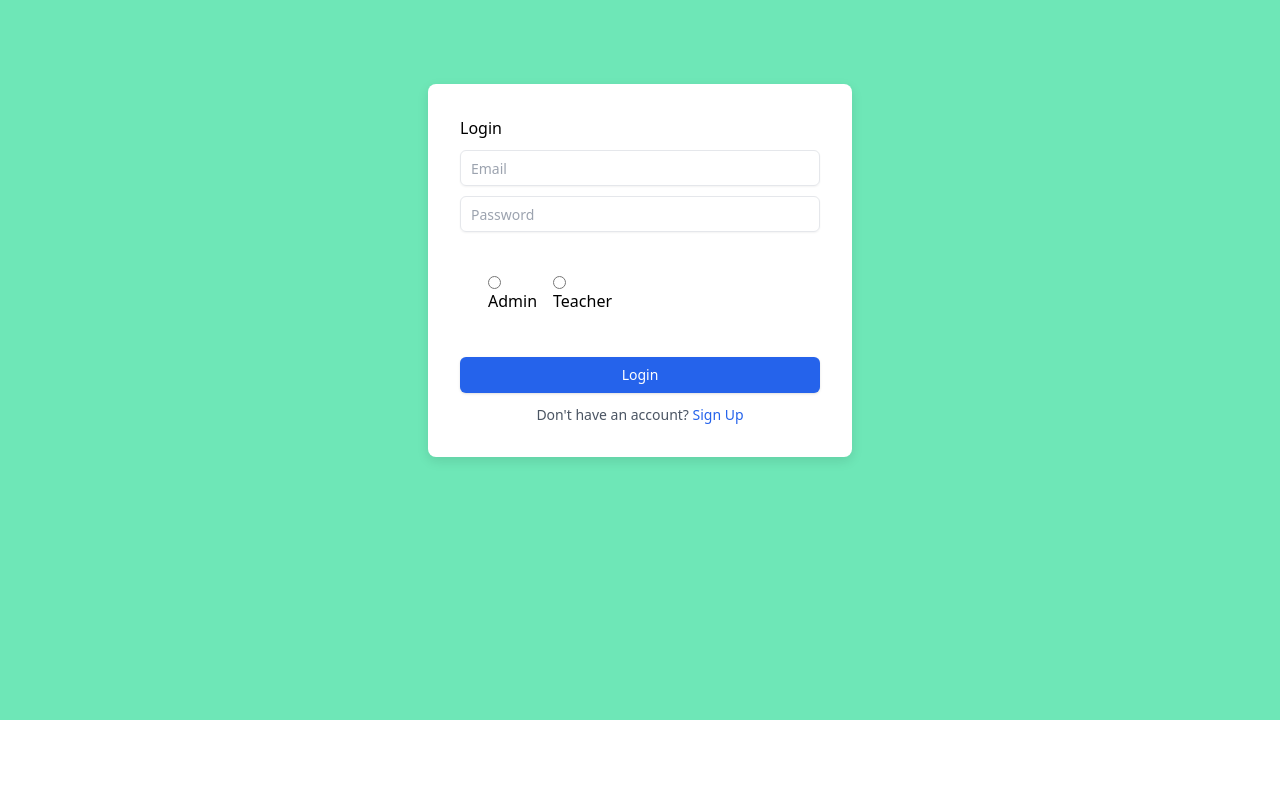
Repository: Haseeb467/Faculty-Online-data
Page: /
An editor plug-in stored every save of this project. The page is shown before and after the next save, followed by the edit.
The browser window is 1280 px wide. The pictures show the whole page.
The project was rebuilt for these pictures with package versions that can differ from the ones it lists, and the page was loaded fresh each time. Also part of the build but not shown: vite.config.ts, src/Components/Sidebar.tsx, src/Admin/EditTeacher/EditTeacher.tsx, src/Pages/mainPage/MainPageItems.tsx, src/Components/Loader.css, src/Components/Hourglass.tsx, src/Components/NavBar.tsx, src/Components/AdminLayout.tsx and 12 more.

Above is the page before, as saved 2024-12-29 15:07:50.

### index.html
<!-- <!doctype html> -->
<html lang="en">
  <head>
    <meta charset="UTF-8" />
    <link rel="icon" type="svg+xml" href="/vite.svg" />
    <meta name="viewport" content="width=device-width, initial-scale=1.0" />
    <title>Vite + React + TS</title>
  </head>
  <body>
    <div id="root"></div>
    <script type="module" src="/src/main.tsx"></script>
  </body>
</html>

### src/main.tsx
// import { StrictMode } from 'react'
// import { createRoot } from 'react-dom/client'
import React from 'react'
import ReactDOM from 'react-dom/client'
import './index.css'
import App from './App.tsx'
import { BrowserRouter } from 'react-router-dom';
// import { BrowserRouter } from 'react-router-dom';

ReactDOM.createRoot(document.getElementById('root')!).render(
  <React.StrictMode>
    <BrowserRouter>
    <App />
    </BrowserRouter>
  </React.StrictMode>
);

### src/index.css
/* src/styles/Home.css */
@tailwind base;
@tailwind components;
@tailwind utilities;
*{
  padding: 0;
  margin: 0;
  box-sizing: border-box;
}

.home-page {
  display: flex;
  flex-direction: column;
  align-items: center;
  justify-content: center;
  height: 100vh;
  background-color: #f7f7f7;
}

.login-form {
  background: white;
  padding: 2rem;
  border-radius: 8px;
  box-shadow: 0 4px 12px rgba(0, 0, 0, 0.1);
}

.login-form Input{
  display: flex;
  padding: 10px;
  }
  .login-form-data-1{
    margin: 10px 0px;
  }
  .login-form-data-2{
    margin: 10px 0px;
  }

.role-selection {
  margin: 1rem 0;
  display: flex;
  gap: 1rem;
  /* padding: 20px; */
}
body::-webkit-scrollbar {
  display: none;  /* Hide scrollbar for Webkit browsers */
}
chatgpt-sidebar{
  display: none;
  background-color: lightgray;
  border: 1px solid black;
  height: 100px;
}
chatgpt-sidebar-popups{
display: none;
  background-color: lightgray;
  border: 1px solid black;
  height: 100px;

}
#root, .bg-emerald-300.p-1 {
  height: 100vh;
}

### src/App.tsx
import './App.css'
import { ToastContainer } from "react-toastify";
import 'react-toastify/dist/ReactToastify.css';
import EditTeacher from './Admin/EditTeacher/EditTeacher';
import MainPageItems from './Pages/mainPage/MainPageItems';
import AdminLayout from './Components/AdminLayout';
import AddTeacher from './Admin/AddTeacher/AddTeacher';
import { Routes, Route, Navigate, } from 'react-router-dom';
import LoginForm from './Components/LoginForm';
import MainPage from './Pages/mainPage/MainPage';
import EditTeacherByAdmin from './Admin/EditTeacher';
import SideBar from './Components/Sidebar';
import NavBar from './Components/NavBar';
import ProtectedRoute from './Components/ProtectedRoute';
import AllTeacherDataPanelByAdmin from './Admin/AllTeacherDataByAdmin/AllTeacherDataPanelByAdmin';
import DeleteTeacherByAdmin from './Admin/DeleteTeacher';
import AuthProvider from './Contexts/AuthContext';
import UserReport from './Components/userDataReport';
import TeacherNavbar from './Pages/mainPage/TeacherNavbar';
import TeacherEdit from './Teacher/TeacherEdit';

function App() {
  return (
    <div className='bg-emerald-300  p-1' >
      <ToastContainer />
      <AuthProvider >
        <Routes>
          {/* Login page */}
          <Route path="/" element={<LoginForm />} />

          {/* Admin Page Routes */}
          <Route path="/admin" element={<ProtectedRoute requiredRole='admin'>
            <AdminLayout children={undefined} />
          </ProtectedRoute>
          }>
            <Route index element={<Navigate to="add-teacher" replace />} />
            <Route path="add-teacher" element={<AddTeacher />} />
            <Route path="EditTeacherByAdmin" element={<EditTeacherByAdmin />} />
            <Route path="DeleteTeacherByAdmin" element={<DeleteTeacherByAdmin />} />
            <Route path="AllTeacherDataPanelByAdmin" element={<AllTeacherDataPanelByAdmin />} />
            <Route path="userReport" element={<UserReport />} />
          </Route>

          {/* Teacher Page Routes */}
          <Route path="/teacher" element={<ProtectedRoute requiredRole='teacher'>
            <MainPage />
          </ProtectedRoute>
          }>
            <Route path="teacher1" element={<MainPage />} />
          <Route path="TeacherNavbar" element={<TeacherNavbar />} />
          </Route>

          <Route path="TeacherEdit/:email" element={<TeacherEdit />} />
          <Route path="/EditTeacher/:teacherId" element={<EditTeacher />} />
          <Route path="MainPageItems" element={<MainPageItems />} />
          <Route path="NavBar" element={<NavBar />} />
          <Route path="SideBar" element={<SideBar />} />

        </Routes>
      </AuthProvider>
    </ div >
  )
}

export default App

### src/App.css
*{
  padding: 0;
  margin: 0;
  box-sizing: border-box;
}
.scroll-container::-webkit-scrollbar {
  display: none;  /* Hide scrollbar for Webkit browsers */
}
#chatgpt-sidebar {
  display: none;
}

### src/Components/LoginForm.tsx
import { Button } from "./ui/button";
import { Input } from "./ui/input";
import { doc, getDoc } from "firebase/firestore";
import { getAuth, signInWithEmailAndPassword } from "firebase/auth";
import { db } from "@/firebasedbconfig/dbconfig";
import { app } from "@/firebasedbconfig/dbconfig";
import "@/App.css";
import "@/index.css";
import { useState } from "react";
import { FirebaseError } from "firebase/app";
import { toast, ToastContainer } from "react-toastify";
import "react-toastify/dist/ReactToastify.css";
import { Link, useNavigate } from "react-router-dom";
import { useAuth } from "@/Contexts/AuthContext";
import Loader from "./Hourglass";

const LoginForm = () => {
    const navigate = useNavigate();
    const auth = getAuth(app);
    const { setUserRole } = useAuth();
    const [email, setEmail] = useState("");
    const [password, setPassword] = useState("");
    const [role, setRole] = useState("");
    const [loading, setLoading] = useState(false);

    const handleRoleChange = (e: React.ChangeEvent<HTMLInputElement>) => {
        setRole(e.target.value);
    };

    const isValidEmail = (email: string) => {
        const emailRegex = /^[^\s@]+@[^\s@]+\.[^\s@]+$/;
        return emailRegex.test(email);
    };

    const handleSubmit = async (e: React.FormEvent<HTMLFormElement>) => {
        e.preventDefault();
        setLoading(true);

        try {
            const userCred = await signInWithEmailAndPassword(auth, email, password);
            const userDocRef = doc(db, "users", userCred.user.uid);
            const userDoc = await getDoc(userDocRef);

            if (!userDoc.exists()) {
                toast.error("User does not exist!");
                return;
            }

            const userData = userDoc.data();
            const userRole = userData.role.toLowerCase();
            const isactive = userData.isactive;

            if (userRole !== role.toLowerCase()) {
                toast.error("Incorrect role selected. Please select the correct role.");
                return;
            }

            if (!isValidEmail(email)) {
                toast.error("Invalid email format. Please enter a valid email address.");
                return;
            }

            if (!isactive) {
                toast.error("You are not an active user. Please contact the admin.");
                return;
            }

            setUserRole(userRole);

            if (userRole === "admin") {
                navigate("/admin", { replace: true });
                toast.success("Welcome Admin!");
            } else if (userRole === "teacher") {
                navigate("/teacher", { replace: true });
                toast.success("Welcome Teacher!");
            } else {
                toast.error("Invalid role assignment.");
            }
        } catch (error) {
            const firebaseError = error as FirebaseError;
            switch (firebaseError.code) {
                case "auth/user-not-found":
                    toast.error("No user found with this email address.");
                    break;
                case "auth/wrong-password":
                    toast.error("Incorrect password. Please try again.");
                    break;
                case "auth/too-many-requests":
                    toast.error("Too many login attempts. Please try again later.");
                    break;
                default:
                    toast.error(`Login failed: ${firebaseError.message}`);
            }
        } finally {
            setLoading(false); // Ensure loading is stopped in all cases
        }
    };

    return (
        <div className="h-screen">
            <ToastContainer />
            {loading ? (
                <div className="h-screen flex justify-center items-center">
                    <Loader />
                </div>
            ) : (
                <form onSubmit={handleSubmit}>
                    <div className="login-form w-1/3 m-auto mt-20 p-10 rounded-lg shadow-lg">
                        <div className="login-form-data">
                            <h2>Login</h2>
                            <div className="login-form-data-1">
                                <Input
                                    placeholder="Email"
                                    value={email}
                                    onChange={(e) => setEmail(e.target.value)}
                                />
                            </div>
                            <div className="login-form-data-2">
                                <Input
                                    type="password"
                                    placeholder="Password"
                                    value={password}
                                    onChange={(e) => setPassword(e.target.value)}
                                />
                            </div>
                        </div>
                        <div className="role-selection p-7 flex items-center">
                            <label>
                                <input
                                    type="radio"
                                    value="Admin"
                                    checked={role === "Admin"}
                                    onChange={handleRoleChange}
                                />
                                Admin
                            </label>
                            <label>
                                <input
                                    type="radio"
                                    value="Teacher"
                                    checked={role === "Teacher"}
                                    onChange={handleRoleChange}
                                />
                                Teacher
                            </label>
                        </div>
                        <Button
                            type="submit"
                            className="w-full bg-blue-600 text-white py-2 px-4 rounded-md hover:bg-blue-700 focus:outline-none focus:ring-2 focus:ring-blue-500 focus:ring-offset-2"
                        >
                            Login
                        </Button>
                        <div className="flex flex-col mt-3 items-center justify-center">
                            <span className="text-sm text-gray-600">
                                Don't have an account?{" "}
                                <Link to="/" className="text-blue-600 hover:text-blue-800">
                                    Sign Up
                                </Link>
                            </span>
                        </div>
                    </div>
                </form>
            )}
        </div>
    );
};

export default LoginForm;

### src/Contexts/AuthContext.tsx
import { createContext, useContext, useState, useEffect, ReactNode, FC } from 'react';
import { getAuth, onAuthStateChanged, User } from 'firebase/auth';
import { app } from '../firebasedbconfig/dbconfig';

type AuthContextType = {
    currentUser: User | null,
    role: string | null,
    setRole: (role: string) => void;
    setUserRole: (role: string) => void;
};
export const AuthContext = createContext<AuthContextType>({
    currentUser: null,
    role: null,
    setRole: () => { },
    setUserRole: (role: string) => { role },
});

export const useAuth = () => useContext(AuthContext)

interface AuthProviderProps {
    children: ReactNode;
}

const AuthProvider: FC<AuthProviderProps> = ({ children }: { children: ReactNode }) => {
    const [role, setRole] = useState("Teacher");
    const [currentUser, setCurrentUser] = useState<User | null>(null);
    const auth = getAuth(app);

    useEffect(() => {
        const unSubscribe = onAuthStateChanged(auth, (user) => {
            setCurrentUser(user);
        })
        return unSubscribe;
    }, [auth])

    const value = {
        currentUser,
        role,
        setRole,
        setUserRole: (role: string) => { setRole(role); },
    };

    return (
        <AuthContext.Provider value={value}>
            {children}
        </AuthContext.Provider>
    );
};
export default AuthProvider;

### src/firebasedbconfig/dbconfig.ts
import { initializeApp } from "firebase/app";
import { getFirestore } from "firebase/firestore";
import { getStorage } from "firebase/storage";
import { getAuth } from "firebase/auth";

const firebaseConfig = {
  apiKey: "AIzaSyD7sC13osQQuH8FW6NbAOxiqcHPACF2Vng",
  authDomain: "fms-4-ts.firebaseapp.com",
  databaseURL: "https://fms-4-ts-default-rtdb.firebaseio.com",
  projectId: "fms-4-ts",
  storageBucket: "fms-4-ts.firebasestorage.app",
  messagingSenderId: "776841904816",
  appId: "1:776841904816:web:9f7a8edcb1471ac64eb175",
  measurementId: "G-92RN4N49NX"
};
// Initialize Firebase
const app = initializeApp(firebaseConfig);
// const analytics = getAnalytics(app);
const txtDB = getFirestore(app);
const storage = getStorage(app);
const db = getFirestore(app);
const auth = getAuth(app);
export { txtDB, storage, db, auth, app, getFirestore };

### src/Components/ui/button.tsx
import * as React from "react"
import { Slot } from "@radix-ui/react-slot"
import { cva, type VariantProps } from "class-variance-authority"

import { cn } from "@/lib/utils"

const buttonVariants = cva(
  "inline-flex items-center justify-center gap-2 whitespace-nowrap rounded-md text-sm font-medium transition-colors focus-visible:outline-none focus-visible:ring-1 focus-visible:ring-ring disabled:pointer-events-none disabled:opacity-50 [&_svg]:pointer-events-none [&_svg]:size-4 [&_svg]:shrink-0",
  {
    variants: {
      variant: {
        default:
          "bg-primary text-primary-foreground shadow hover:bg-primary/90",
        destructive:
          "bg-destructive text-destructive-foreground shadow-sm hover:bg-destructive/90",
        outline:
          "border border-input bg-background shadow-sm hover:bg-accent hover:text-accent-foreground",
        secondary:
          "bg-secondary text-secondary-foreground shadow-sm hover:bg-secondary/80",
        ghost: "hover:bg-accent hover:text-accent-foreground",
        link: "text-primary underline-offset-4 hover:underline",
      },
      size: {
        default: "h-9 px-4 py-2",
        sm: "h-8 rounded-md px-3 text-xs",
        lg: "h-10 rounded-md px-8",
        icon: "h-9 w-9",
      },
    },
    defaultVariants: {
      variant: "default",
      size: "default",
    },
  }
)

export interface ButtonProps
  extends React.ButtonHTMLAttributes<HTMLButtonElement>,
    VariantProps<typeof buttonVariants> {
  asChild?: boolean
}

const Button = React.forwardRef<HTMLButtonElement, ButtonProps>(
  ({ className, variant, size, asChild = false, ...props }, ref) => {
    const Comp = asChild ? Slot : "button"
    return (
      <Comp
        className={cn(buttonVariants({ variant, size, className }))}
        ref={ref}
        {...props}
      />
    )
  }
)
Button.displayName = "Button"

export { Button, buttonVariants }

### src/Components/ui/input.tsx
import * as React from "react"

import { cn } from "@/lib/utils"

export interface InputProps
  extends React.InputHTMLAttributes<HTMLInputElement> {}

const Input = React.forwardRef<HTMLInputElement, InputProps>(
  ({ className, type, ...props }, ref) => {
    return (
      <input
        type={type}
        className={cn(
          "flex h-9 w-full rounded-md border border-input bg-transparent px-3 py-1 text-base shadow-sm transition-colors file:border-0 file:bg-transparent file:text-sm file:font-medium file:text-foreground placeholder:text-muted-foreground focus-visible:outline-none focus-visible:ring-1 focus-visible:ring-ring disabled:cursor-not-allowed disabled:opacity-50 md:text-sm",
          className
        )}
        ref={ref}
        {...props}
      />
    )
  }
)
Input.displayName = "Input"

export { Input }

### tailwind.config.js
/** @type {import('tailwindcss').Config} */
export default {
    darkMode: ["class"],
    content: ["./index.html", "./src/**/*.{ts,tsx,js,jsx}"],
  theme: {
  	extend: {
  		// colors: {
  		// 	sidebar: {
  		// 		DEFAULT: 'hsl(var(--sidebar-background))',
  		// 		foreground: 'hsl(var(--sidebar-foreground))',
  		// 		primary: 'hsl(var(--sidebar-primary))',
  		// 		'primary-foreground': 'hsl(var(--sidebar-primary-foreground))',
  		// 		accent: 'hsl(var(--sidebar-accent))',
  		// 		'accent-foreground': 'hsl(var(--sidebar-accent-foreground))',
  		// 		border: 'hsl(var(--sidebar-border))',
  		// 		ring: 'hsl(var(--sidebar-ring))'
  		// 	}
  		// }
  	}
  },
  plugins: [],
}

// /** @type {import('tailwindcss').Config} */
// export default {
//   darkMode: ["class"],
//   content: ["./index.html", "./src/**/*.{ts,tsx,js,jsx}"],
//   theme: {
//     extend: {
//       keyframes: {
//         "hourglass-rotate": {
//           "0%": { transform: "rotateX(0deg)" },
//           "50%": { transform: "rotateX(180deg)" },
//           "100%": { transform: "rotateX(180deg)" },
//         },
//         "hourglass-hide": {
//           "0%": { opacity: "1" },
//           "25%": { opacity: "0" },
//           "30%": { opacity: "0" },
//           "40%": { opacity: "1" },
//           "100%": { opacity: "1" },
//         },
//         "sand-stream": {
//           "0%": { height: "0px", top: "35px" },
//           "50%": { height: "35px", top: "8px" },
//           "100%": { height: "0px", top: "8px" },
//         },
//         "sand-fillup": {
//           "0%": { opacity: "0", height: "0" },
//           "60%": { opacity: "1", height: "0" },
//           "100%": { opacity: "1", height: "17px" },
//         },
//         "sand-deplete": {
//           "0%": { opacity: "0", height: "17px" },
//           "100%": { opacity: "1", height: "0px" },
//         },
//       },
//       animation: {
//         "hourglass-rotate": "hourglass-rotate 2s ease-in infinite",
//         "hourglass-hide": "hourglass-hide 2s ease-in infinite",
//         "sand-stream": "sand-stream 2s ease-in infinite",
//         "sand-fillup": "sand-fillup 2s ease-in infinite",
//         "sand-deplete": "sand-deplete 2s ease-in infinite",
//       },
//     },
//   },
//   plugins: [],
// };

Loaded but not shown: src/lib/utils.ts (common file)

After the next save:
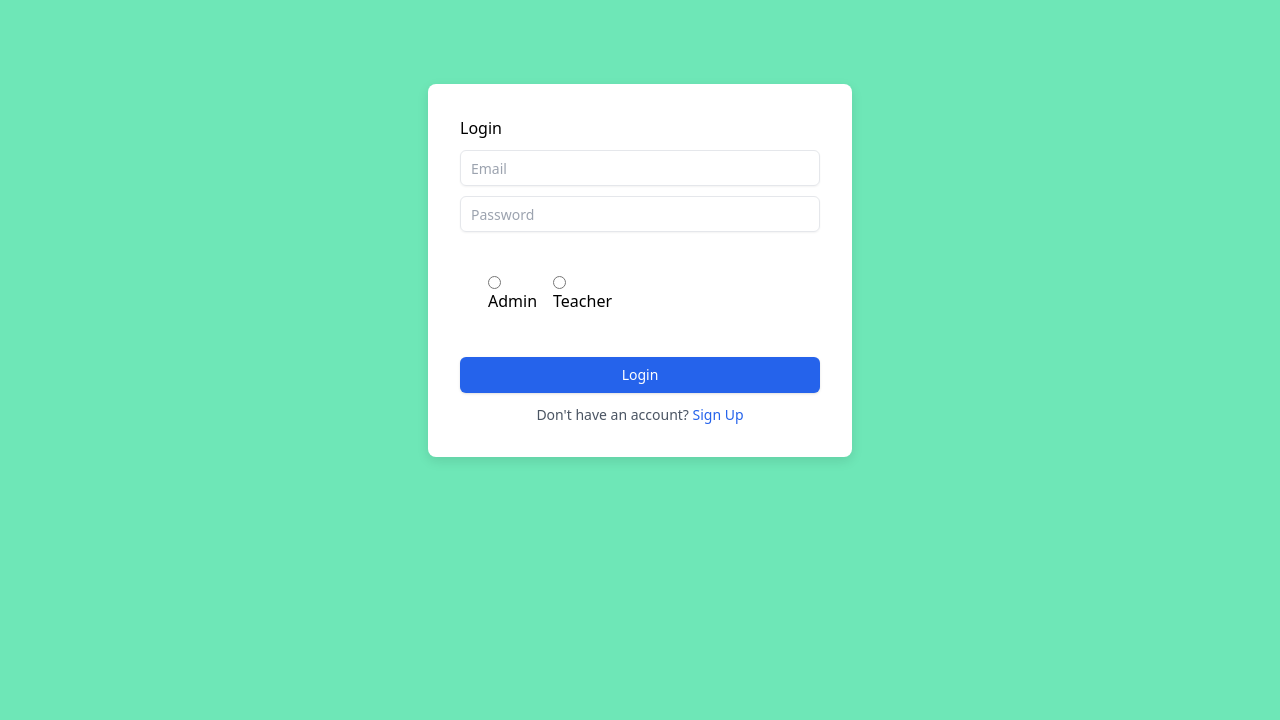
Saved 18 s later.
--- a/src/index.css
+++ b/src/index.css
@@ -60,3 +60,6 @@ display: none;
 #root, .bg-emerald-300.p-1 {
   height: 100vh;
 }
+.bg-emerald-300.p-1 { /* or #root */
+  overflow: hidden;
+}
